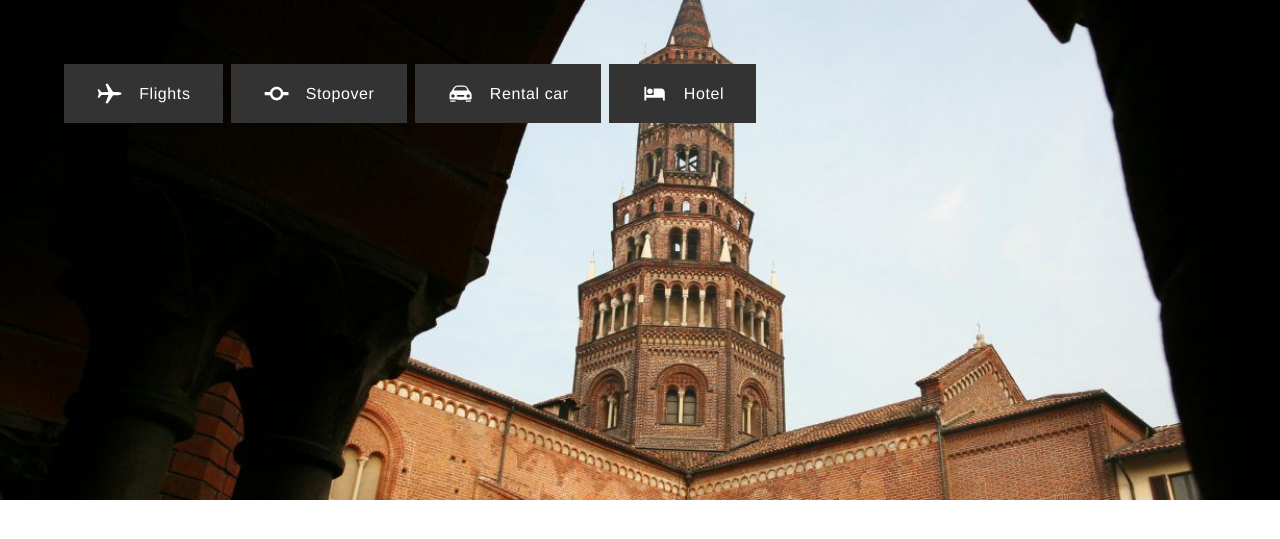
Repository: guidogr95/Everymundo-Excercise
Page: /
These files come from the project's save history. The page is drawn as it stood at one moment and after the next save; the edit follows.
The browser window is 1280 px wide. The pictures show the whole page.
The project was rebuilt for these pictures with package versions that can differ from the ones it lists, and the page was loaded fresh each time.

Above is the page before, as saved 2021-06-30 21:23:03.

### src/App.js
import 'antd/dist/antd.css';
import './app.scss';
// components
import BookingMask from 'src/components/BookingMask'

function App() {
  return (
    <div className="App">
      <div className="flightmanager-container container" >
        <BookingMask />
      </div>
    </div>
  );
}

export default App;

### src/app.scss
@import 'styles/global';

.App {
  .container {
    width: $desktop-maxwidth;
    max-width: 100%;
  }
  .flightmanager-container {
    background: url('./assets/images/bg.jpg');
    background-size: cover;
    background-position: center;
    min-height: 500px;
    margin: auto;
    padding: 4rem;
  }
}

### src/components/BookingMask/index.jsx
import React from 'react'
// styles
import './bookingmask.scss'
// assets
import { IoIosAirplane, IoMdGitCommit, IoIosCar, IoMdBed } from 'react-icons/io'
// components
// import Empty from 'empty'

const BookingMask = () => {
  const tabs = [
    {
      name: 'Flights',
      icon: <IoIosAirplane />,
      // component: <Empty />
    },
    {
      name: 'Stopover',
      icon: <IoMdGitCommit />,
      // component: <Empty />
    },
    {
      name: 'Rental car',
      icon: <IoIosCar />,
      // component: <Empty />
    },
    {
      name: 'Hotel',
      icon: <IoMdBed />,
      // component: <Empty />
    }
  ]
  return (
    <section className="bookingmask" >
      <ul className="bookingmask__nav" >
        {tabs.map(tab =>
          <button>
            {tab.icon}<span>{tab.name}</span>
          </button>
        )}
      </ul>
    </section>
  )
}

export default BookingMask

### src/styles/_global.scss
@import 'variables';
@import 'mixins';

html,
body {
  position: relative;
  padding: 0;
  margin: 0;
  font-family: $font-family;
  -webkit-text-size-adjust: 100%;
  -webkit-font-smoothing: auto;
  -moz-font-smoothing: auto;
  -moz-osx-font-smoothing: auto;
}
* {
  box-sizing: border-box;
}
ul {
  margin: 0;
  padding: 0;
}
button {
  border: none;
  cursor: pointer;
}

### src/styles/_variables.scss
// measurements
$desktop-maxwidth: 90rem;
// colors
$color-red: #c00;
$color-gray: #333333;
$color-white: #fff;
// fonts
// font-family
$font-family: SwissText,Helvetica,Arial,sans-serif,LufthansaMamSymbolText;
// font-weight
$font-weight-medium: 700;
$font-weight-small: 300;
// font-size
$font-size-normal: 1rem;
$font-size-large: 1.7rem;
// line height
$line-height-medium: 2.2rem;
// letter spacing
$letter-spacing-small: .6px;

### src/styles/_mixins.scss
// MIXINS
@mixin breakpoint($point) {
  @media (max-width: $point) {
    @content;
  }
}

### src/components/BookingMask/bookingmask.scss
@import '/src/styles/variables';
.bookingmask {
  &__nav {
    list-style: none;
    button {
      &:not(:first-of-type) {
        margin-left: .5rem;
      }
      color: $color-white;
      background: $color-gray;
      padding: 1rem 2rem;
      display: inline-flex;
      align-items: center;
      font-size: $font-size-normal;
      font-weight: $font-weight-small;
      letter-spacing: $letter-spacing-small;
      svg {
        margin-right: 1rem;
        font-size: $font-size-large;
      }
    }
  }
}

Loaded but not shown: public/index.html (common file); src/index.js (common file); src/reportWebVitals.js (common file)

After the next save:
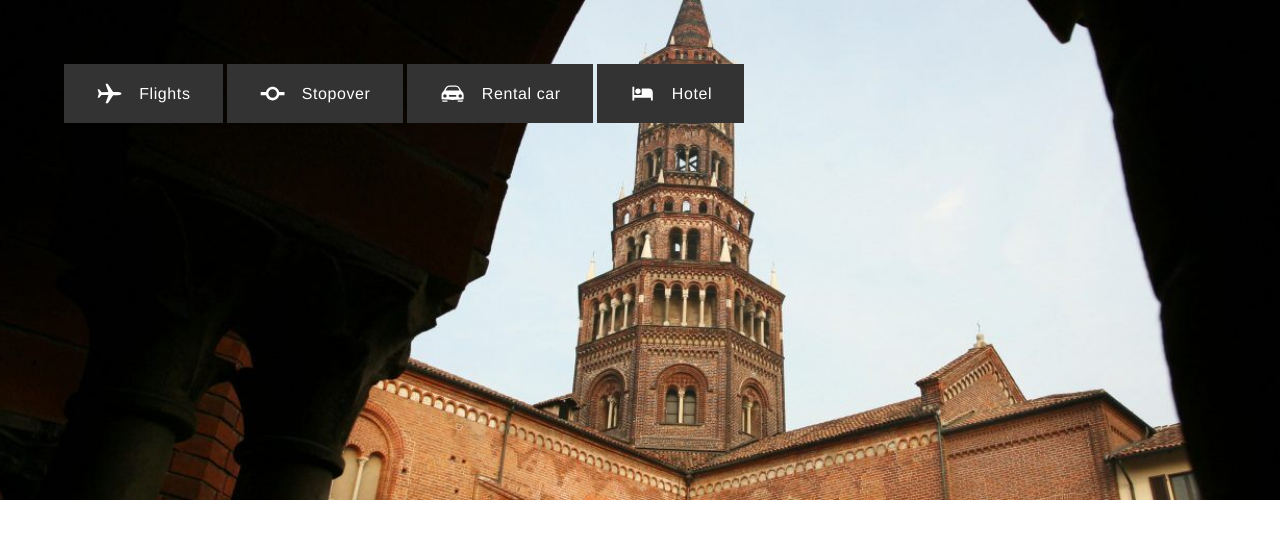
Saved 49 s later.
--- a/src/components/BookingMask/bookingmask.scss
+++ b/src/components/BookingMask/bookingmask.scss
@@ -4,7 +4,7 @@
     list-style: none;
     button {
       &:not(:first-of-type) {
-        margin-left: .5rem;
+        margin-left: .25rem;
       }
       color: $color-white;
       background: $color-gray;
